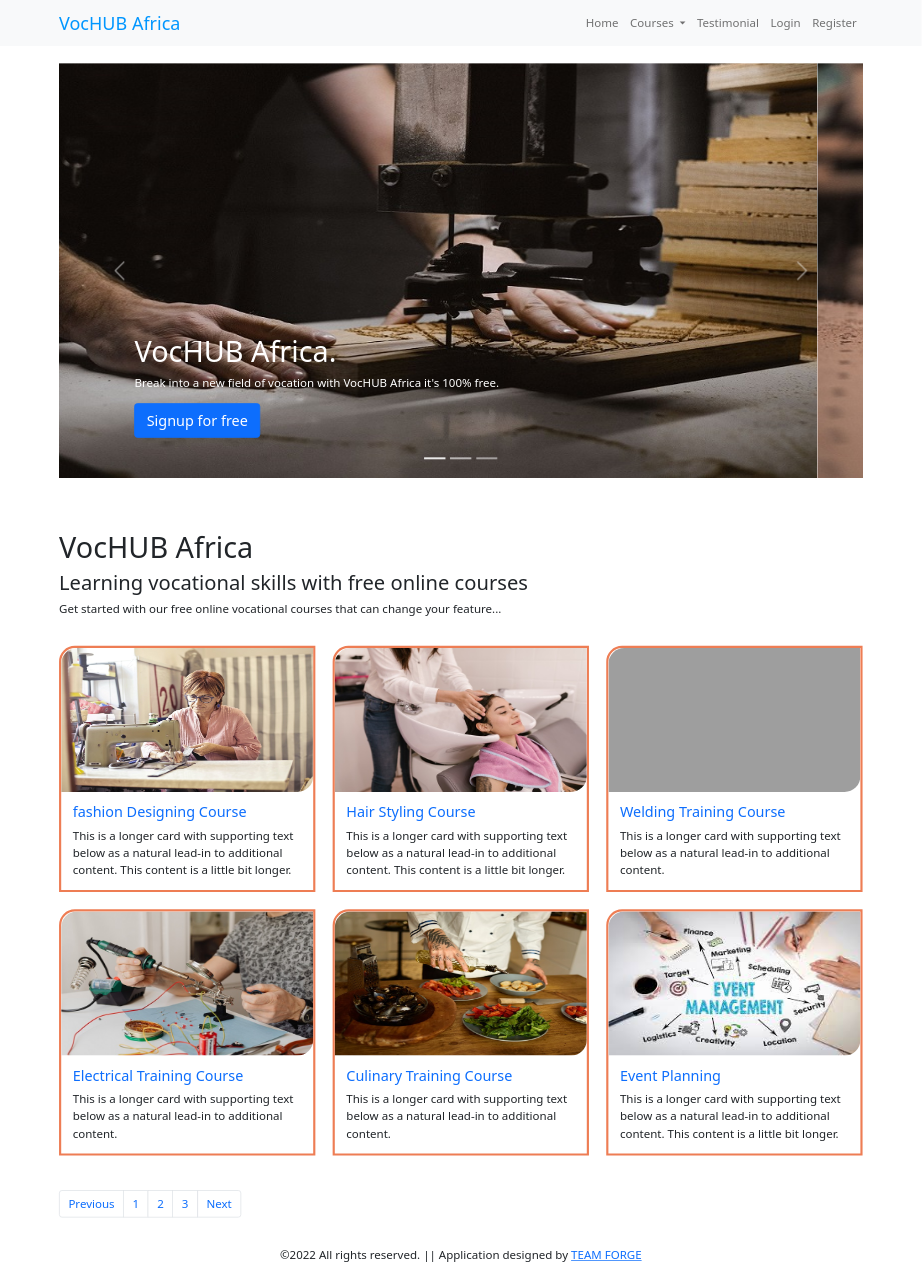
Repository: EKem01/VocHUB-Africa-Project
Page: / (app in client/)
The author's editor kept a copy of each file at every save. The page is drawn from the files as they stood at one save, then again after the next save.
The browser window is 1280 px wide. The pictures show the whole page, at 72% of full size.
Pictures or frames that could not be fetched are drawn as grey boxes. The project was rebuilt for these pictures with package versions that can differ from the ones it lists, and the page was loaded fresh each time. Also part of the build but not shown: client/angular.json, client/src/app/components/login/login.component.ts, client/src/app/components/register/register.component.ts, client/src/app/components/courses/fashion-designing/fashion-designing.component.ts, client/src/app/components/courses/hair-styling/hair-styling.component.ts, client/src/app/components/dashboard/dashboard.component.ts, client/src/app/components/logout/logout.component.ts, client/src/app/components/mentorship/mentorship.component.ts.

Above is the page before, as saved 2022-06-13 23:13:23.

### client/src/index.html
<!doctype html>
<html lang="en">
<head>
  <meta charset="utf-8">
  <title>Vochub-Africa</title>
  <base href="/">
  <link href="https://cdn.jsdelivr.net/npm/bootstrap@5.0.2/dist/css/bootstrap.min.css" rel="stylesheet" integrity="sha384-EVSTQN3/azprG1Anm3QDgpJLIm9Nao0Yz1ztcQTwFspd3yD65VohhpuuCOmLASjC" crossorigin="anonymous">
  <meta name="viewport" content="width=device-width, initial-scale=1">
  <link rel="icon" type="image/x-icon" href="favicon.ico">
</head>
<body>
  <app-root></app-root>
  <script src="https://code.jquery.com/jquery-3.6.0.js" integrity="sha256-H+K7U5CnXl1h5ywQfKtSj8PCmoN9aaq30gDh27Xc0jk=" crossorigin="anonymous"></script>
  <script src="https://cdn.jsdelivr.net/npm/bootstrap@5.0.2/dist/js/bootstrap.bundle.min.js" integrity="sha384-MrcW6ZMFYlzcLA8Nl+NtUVF0sA7MsXsP1UyJoMp4YLEuNSfAP+JcXn/tWtIaxVXM" crossorigin="anonymous"></script>
</body>
</html>

### client/src/app/app.module.ts
import { NgModule } from '@angular/core';
import { FormsModule } from '@angular/forms';
import { BrowserModule } from '@angular/platform-browser';
import { AppRoutingModule } from './app-routing.module';
import { AppComponent } from './app.component';
import { NavbarComponent } from './components/navbar/navbar.component';
import { HomeComponent } from './components/home/home.component';
import { LoginComponent } from './components/login/login.component';
import { RegisterComponent } from './components/register/register.component';
import { NgbModule } from '@ng-bootstrap/ng-bootstrap';
import { HttpClientModule } from '@angular/common/http';
import { FashionDesigningComponent } from './components/courses/fashion-designing/fashion-designing.component';
import { HairStylingComponent } from './components/courses/hair-styling/hair-styling.component';
import { DashboardComponent } from './components/dashboard/dashboard.component';
import { LogoutComponent } from './components/logout/logout.component';
import { MentorshipComponent } from './components/mentorship/mentorship.component';

@NgModule({
  declarations: [
    AppComponent,
    NavbarComponent,
    HomeComponent,
    LoginComponent,
    LogoutComponent,
    RegisterComponent,
    FashionDesigningComponent,
    HairStylingComponent,
    DashboardComponent,
    LogoutComponent,
    MentorshipComponent
  ],
  imports: [
    BrowserModule,
    AppRoutingModule,
    FormsModule,
    NgbModule,
    HttpClientModule
  ],
  providers: [],
  bootstrap: [AppComponent]
})
export class AppModule { }

### client/src/app/app-routing.module.ts
import { RouterModule, Routes } from '@angular/router';
import { NgModule } from '@angular/core';
import { HomeComponent } from './components/home/home.component';
import { LoginComponent } from './components/login/login.component';
import { RegisterComponent } from './components/register/register.component';
import { FashionDesigningComponent } from './components/courses/fashion-designing/fashion-designing.component';
import { HairStylingComponent } from './components/courses/hair-styling/hair-styling.component';
import { DashboardComponent } from './components/dashboard/dashboard.component';




const appRoutes: Routes = [
    { path: '', component: HomeComponent},
    { path: 'register', component: RegisterComponent},
    { path: 'login', component: LoginComponent},
    { path: 'hair', component: HairStylingComponent},
    { path: 'fashion', component: FashionDesigningComponent},
    { path: 'dashboard', component: DashboardComponent}
    //{ path: '', redirectTo: '/home', pathMatch: 'full' },
    //{ path: '**', component: NotFoundComponent }
  ]

@NgModule({
    declarations: [],
    imports: [RouterModule.forRoot(appRoutes)],
    providers: [],
    bootstrap: [],
    exports: [RouterModule]
  })
  export class AppRoutingModule { }

### client/src/app/app.component.ts
import { Component } from '@angular/core';

@Component({
  selector: 'app-root',
  templateUrl: './app.component.html',
  styleUrls: ['./app.component.css']
})
export class AppComponent {
  title = 'vochub-elearning';
}

### client/src/app/components/navbar/navbar.component.html
<nav class="navbar navbar-expand-lg navbar-light bg-light mb-4">
    <div class="container">
        <a class="navbar-brand" routerLink="/">VocHUB Africa</a>
        <button class="navbar-toggler" type="button" data-bs-toggle="collapse" data-bs-target="#navbarSupportedContent"
            aria-controls="navbarSupportedContent" aria-expanded="false" aria-label="Toggle navigation">
            <span class="navbar-toggler-icon"></span>
        </button>
        <div class="collapse navbar-collapse" id="navbarSupportedContent">
            <ul class="navbar-nav me-auto mb-2 mb-lg-0"> </ul>
            <ul class="nav navbar-nav navbar-right">
              <li><a class="nav-link" aria-current="page" routerLink="/">Home</a></li>
              <li class="nav-item dropdown">
                  <a class="nav-link dropdown-toggle" href="#" id="navbarDropdown" role="button" data-bs-toggle="dropdown" aria-expanded="false">
                    Courses
                  </a>
                  <ul class="dropdown-menu" aria-labelledby="navbarDropdown">
                    <li><a class="dropdown-item" routerLink="/course">Arts and craft</a></li>
                    <li><a class="dropdown-item" routerLink="/course">Electrician</a></li>
                    <li><a class="dropdown-item" routerLink="course">Welding</a></li>
                    <li><a class="dropdown-item" routerLink="/fashion">Fashion Designing</a></li>
                    <li><a class="dropdown-item" routerLink="/course">Graphic Designing</a></li>
                    <li><a class="dropdown-item" routerLink="/course">Culinary Arts</a></li>
                    <li><a class="dropdown-item" routerLink="/course">Event planning</a></li>
                    <li><a class="dropdown-item" routerLink="/hair">Hair Styling</a></li>
                  </ul>
                </li>
                <li><a class="nav-link" routerLink="/testimonial">Testimonial</a></li>
                <li><a class="nav-link" routerLink="/login">Login</a></li>
                <li><a class="nav-link" routerLink="/register">Register</a></li>
            </ul>
        </div>
    </div>
  </nav>

  <div class="container">
    <router-outlet></router-outlet>
  </div>
  <br>

  <footer class="text-center">
    <div class="container">
      <p>&copy;2022 All rights reserved. || Application designed by <a href="#">TEAM FORGE</a></p>
    </div>
  </footer>

### client/src/app/components/navbar/navbar.component.css
button{
    border-radius: 10px;
}
.navbar-brand{
    color: #0096FF;
    font-size: 25px;
}

### client/src/app/components/home/home.component.html
<div id="myCarousel" class="carousel slide" data-bs-ride="carousel">
  <div class="carousel-indicators">
    <button type="button" data-bs-target="#myCarousel" data-bs-slide-to="0" class="active" aria-current="true"
      aria-label="Slide 1"></button>
    <button type="button" data-bs-target="#myCarousel" data-bs-slide-to="1" aria-label="Slide 2"></button>
    <button type="button" data-bs-target="#myCarousel" data-bs-slide-to="2" aria-label="Slide 3"></button>
  </div>
  <div class="carousel-inner">
    <div class="carousel-item active">
      <img src="assets/img/shevet.jpg" class="d-block w-100" alt="...">

      <div class="container">
        <div class="carousel-caption text-start">
          <h1>VocHUB Africa.</h1>
          <p>Break into a new field of vocation with VocHUB Africa it's 100% free.</p>
          <p><a class="btn btn-lg btn-primary" routerLink="/register">Signup for free</a></p>
        </div>
      </div>
    </div>
    <div class="carousel-item">
      <img src="assets/img/cley.jpg" class="d-block w-100" alt="...">

      <div class="container">
        <div class="carousel-caption text-start">
          <h1>Learn without limits.</h1>
          <p>Start your vocational career with more than 1,000 courses with VocHUB Africa.</p>
          <p><a class="btn btn-lg btn-primary" routerLink="/register">Learn more...</a></p>
        </div>
      </div>
    </div>
    <div class="carousel-item">
      <img src="assets/img/T1.jpg" class="d-block w-100" alt="...">

      <div class="container">
        <div class="carousel-caption text-start">
          <h1>Start leraning for free.</h1>
          <p>Free vocational online courses with VocHUB Africa.</p>
          <p><a class="btn btn-lg btn-primary" routerLink="/register">Courses</a></p>
        </div>
      </div>
    </div>
  </div>
  <button class="carousel-control-prev" type="button" data-bs-target="#myCarousel" data-bs-slide="prev">
    <span class="carousel-control-prev-icon" aria-hidden="true"></span>
    <span class="visually-hidden">Previous</span>
  </button>
  <button class="carousel-control-next" type="button" data-bs-target="#myCarousel" data-bs-slide="next">
    <span class="carousel-control-next-icon" aria-hidden="true"></span>
    <span class="visually-hidden">Next</span>
  </button>
</div>
<br>
<br>
<br>


<section class="courses">
  <h1>VocHUB Africa</h1>
  <h3>Learning vocational skills with free online courses</h3>
  <p>Get started with our free online vocational courses that can change your feature...</p><br>
  <div class="row row-cols-1 row-cols-md-3 g-4">
    <div class="col">
      <div class="card">
        <a routerLink="/fashion">
          <img src="assets/img/T2.jpg" class="card-img-top" alt="...">
        </a>
        <div class="card-body">
          <div class="course">
            <h5><a routerLink="/fashion">fashion Designing Course</a></h5>
          </div>
          <p class="card-text">This is a longer card with supporting text below as a natural lead-in to additional
            content. This content is a little bit longer.</p>
        </div>
      </div>
    </div>

    <div class="col">
      <div class="card">
        <a routerLink="/hair">
          <img src="assets/img/hair.jpg" class="card-img-top" alt="...">
        </a>
        <div class="card-body">
          <div class="course">
            <h5><a routerLink="/hair">Hair Styling Course</a></h5>
          </div>
          <p class="card-text">This is a longer card with supporting text below as a natural lead-in to additional
            content. This content is a little bit longer.</p>
        </div>
      </div>
    </div>
    <div class="col">
      <div class="card">
        <img src="assets/img/welding.jpg" class="card-img-top" alt="...">
        <div class="card-body">
          <div class="course">
            <h5><a routerLink="#">Welding Training Course</a></h5>
          </div>
          <p class="card-text">This is a longer card with supporting text below as a natural lead-in to additional
            content.</p>
        </div>
      </div>
    </div>
    <div class="col">
      <div class="card">
        <img src="assets/img/electric.jpg" class="card-img-top" alt="...">
        <div class="card-body">
          <div class="course">
            <h5><a routerLink="#">Electrical Training Course</a></h5>
          </div>
          <p class="card-text">This is a longer card with supporting text below as a natural lead-in to additional
            content.</p>
        </div>
      </div>
    </div>
    <div class="col">
      <div class="card">
        <img src="assets/img/culinary.jpg" class="card-img-top" alt="...">
        <div class="card-body">
          <div class="course">
            <h5><a routerLink="#">Culinary Training Course</a></h5>
          </div>
          <p class="card-text">This is a longer card with supporting text below as a natural lead-in to additional
            content.</p>
        </div>
      </div>
    </div>
    <div class="col">
      <div class="card">
        <img src="assets/img/event.jpg" class="card-img-top" alt="...">
        <div class="card-body">
          <div class="course">
            <h5><a routerLink="/fashion">Event Planning</a></h5>
          </div>
          <p class="card-text">This is a longer card with supporting text below as a natural lead-in to additional
            content.
            This content is a little bit longer.</p>
        </div>
      </div>
    </div>
  </div>
</section>
<br>
<br>

<section class="pagination">
  <nav aria-label="Page navigation example">
    <ul class="pagination">
      <li class="page-item"><a class="page-link" href="#">Previous</a></li>
      <li class="page-item"><a class="page-link" href="#">1</a></li>
      <li class="page-item"><a class="page-link" href="#">2</a></li>
      <li class="page-item"><a class="page-link" href="#">3</a></li>
      <li class="page-item"><a class="page-link" href="#">Next</a></li>
    </ul>
  </nav>
</section>

### client/src/app/components/home/home.component.css
img{
    width: 100%;
    height: 80vh;
}
.card{
    border-radius: 22px 0px 0 0;
    border: 3px solid rgb(238, 125, 84);
}
.card img{
    height: 200px;
    border-radius: 22px 0px;
}
.course a{
    text-decoration: none;
    color: ;
}

Loaded but not shown: client/src/styles.css (common file); client/src/main.ts (common file); client/src/environments/environment.ts (common file); client/src/app/components/navbar/navbar.component.ts (common file); client/src/app/components/home/home.component.ts (common file); client/src/app/app.component.html (common file); client/src/app/app.component.css (no stored copy; drawn as an empty file)

After the next save:
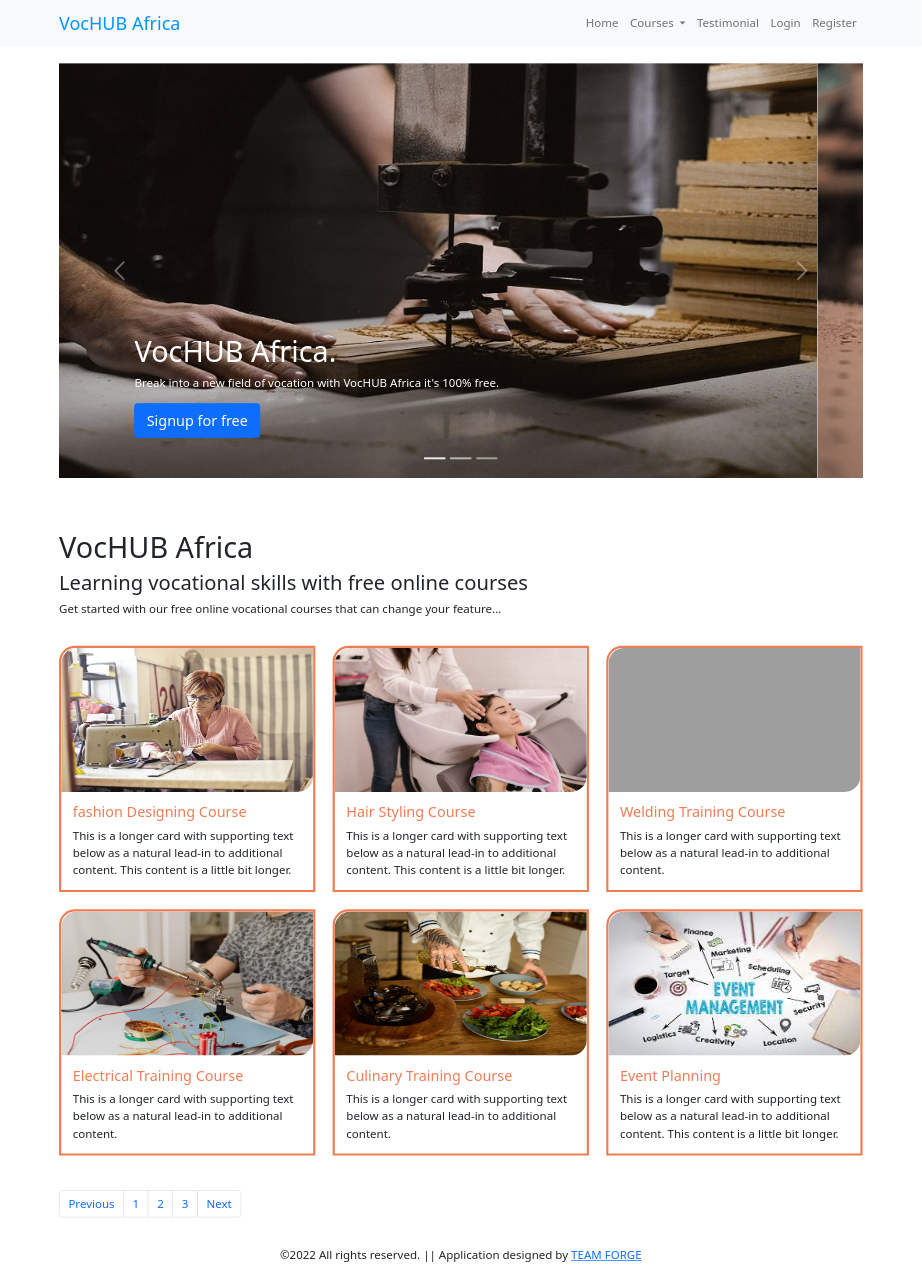
Saved 10 s later.
--- a/client/src/app/components/home/home.component.css
+++ b/client/src/app/components/home/home.component.css
@@ -12,5 +12,5 @@ img{
 }
 .course a{
     text-decoration: none;
-    color: ;
+    color: rgb(238, 125, 84);
 }
